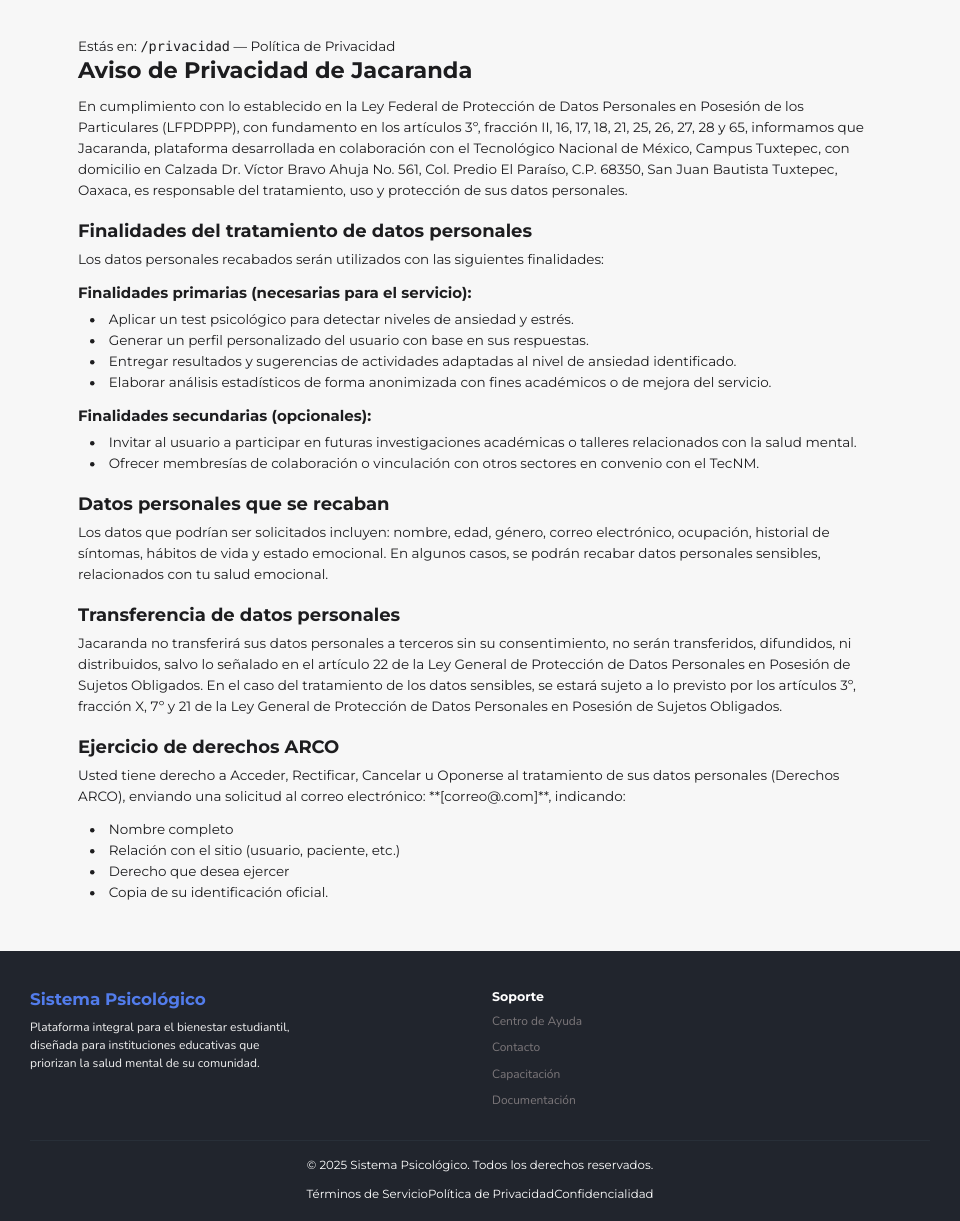
Repository: moon1710/SistemaPsico
Page: /privacidad (app in client/)
These files come from the project's save history. The page is drawn as it stood at one moment and after the next save; the edit follows.
The browser window is 1280 px wide. The pictures show the whole page, at 75% of full size.
The project was rebuilt for these pictures with package versions that can differ from the ones it lists, and the page was loaded fresh each time. Also part of the build but not shown: client/vite.config.js, client/src/components/onboarding/onboardingConfig.js, client/src/components/onboarding/TutorialSteps.jsx, client/src/components/onboarding/WelcomeForm.jsx, client/src/components/onboarding/OnboardingModal.jsx, client/src/components/layout/AdaptiveSidebar/sidebarConfig.jsx, client/src/components/layout/AdaptiveSidebar/MenuItem.jsx, client/src/components/layout/AdaptiveSidebar/SidebarHeader.jsx and 40 more.

Above is the page before, as saved 2025-09-21 09:03:00.

### client/index.html
<!doctype html>
<html lang="en">
  <head>
    <meta charset="UTF-8" />
    <link rel="icon" type="image/svg+xml" href="/idea.png" />
    <meta name="viewport" content="width=device-width, initial-scale=1.0" />
    <title>Sistema Psicológico</title>
  </head>
  <body>
    <div id="root"></div>
    <script type="module" src="/src/main.jsx"></script>
  </body>
</html>

### client/src/contexts/OnboardingContext.jsx
// client/src/contexts/OnboardingContext.jsx
import React, { createContext, useContext, useState, useEffect } from "react";
import { useAuth } from "./AuthContext";

const OnboardingContext = createContext();

export const useOnboarding = () => {
  const context = useContext(OnboardingContext);
  if (!context) {
    throw new Error("useOnboarding debe usarse dentro de OnboardingProvider");
  }
  return context;
};

export const OnboardingProvider = ({ children }) => {
  const { user, setUser } = useAuth();
  const [isFirstTime, setIsFirstTime] = useState(false);
  const [showOnboarding, setShowOnboarding] = useState(false);
  const [currentStep, setCurrentStep] = useState(0);
  const [onboardingCompleted, setOnboardingCompleted] = useState(false);

  // Clave para localStorage basada en el usuario
  const getStorageKey = () => {
    return user?.id ? `onboarding_completed_${user.id}` : null;
  };

  // Verificar si es primera vez del usuario
  useEffect(() => {
    if (user?.id) {
      // PRIORIDAD TOTAL al campo perfilCompletado de la BD
      const profileCompleted = user.perfilCompletado === 1 || user.perfilCompletado === true;

      console.log('🔍 [OnboardingContext] Verificando estado:', {
        userId: user.id,
        perfilCompletado: user.perfilCompletado,
        profileCompleted,
        shouldShowModal: !profileCompleted
      });

      if (!profileCompleted) {
        // Perfil NO completado -> mostrar modal
        setIsFirstTime(true);
        setShowOnboarding(true);
        setOnboardingCompleted(false);
        console.log('📝 [OnboardingContext] Mostrando modal de onboarding');
      } else {
        // Perfil completado -> no mostrar modal
        setIsFirstTime(false);
        setShowOnboarding(false);
        setOnboardingCompleted(true);
        console.log('✅ [OnboardingContext] Perfil ya completado, ocultando modal');
      }
    }
  }, [user?.id, user?.perfilCompletado]);

  // Refrescar datos del usuario desde el servidor
  const refreshUserProfile = async () => {
    try {
      const token = localStorage.getItem('auth_token');
      if (!token) return;

      const response = await fetch('/api/auth/profile', {
        method: 'GET',
        headers: {
          'Authorization': `Bearer ${token}`,
          'Content-Type': 'application/json',
        },
        credentials: 'include',
      });

      if (response.ok) {
        const result = await response.json();
        if (result.success && result.data?.user) {
          const freshUser = result.data.user;
          setUser(freshUser);
          console.log('🔄 [OnboardingContext] Usuario refrescado desde servidor:', freshUser);

          // También actualizar localStorage
          localStorage.setItem('user_data', JSON.stringify(freshUser));
          return freshUser;
        }
      }
    } catch (error) {
      console.error('❌ [OnboardingContext] Error refrescando usuario:', error);
    }
    return null;
  };

  // Marcar onboarding como completado
  const completeOnboarding = async () => {
    if (user?.id) {
      const storageKey = getStorageKey();
      localStorage.setItem(storageKey, "true");
      setOnboardingCompleted(true);
      setShowOnboarding(false);
      setIsFirstTime(false);

      // IMPORTANTE: Obtener datos frescos del servidor en lugar de solo actualizar localmente
      console.log('🔄 [OnboardingContext] Refrescando datos del usuario desde servidor...');
      const freshUser = await refreshUserProfile();

      if (freshUser) {
        console.log('✅ [OnboardingContext] Usuario actualizado con datos frescos');
      } else {
        // Fallback: actualizar localmente si falla la petición
        const updatedUser = {
          ...user,
          perfilCompletado: 1
        };
        setUser(updatedUser);
        console.log('⚠️ [OnboardingContext] Fallback: Usuario actualizado localmente');
      }
    }
  };

  // Reiniciar onboarding (para testing o reactivar)
  const resetOnboarding = () => {
    if (user?.id) {
      const storageKey = getStorageKey();
      localStorage.removeItem(storageKey);
      setOnboardingCompleted(false);
      setIsFirstTime(true);
      setShowOnboarding(true);
      setCurrentStep(0);
    }
  };

  // Navegar entre pasos
  const nextStep = () => {
    setCurrentStep((prev) => prev + 1);
  };

  const prevStep = () => {
    setCurrentStep((prev) => Math.max(0, prev - 1));
  };

  const goToStep = (step) => {
    setCurrentStep(step);
  };

  // Cerrar onboarding sin completar
  const closeOnboarding = () => {
    setShowOnboarding(false);
  };

  const value = {
    isFirstTime,
    showOnboarding,
    currentStep,
    onboardingCompleted,
    completeOnboarding,
    resetOnboarding,
    nextStep,
    prevStep,
    goToStep,
    closeOnboarding,
    user,
  };

  return (
    <OnboardingContext.Provider value={value}>
      {children}
    </OnboardingContext.Provider>
  );
};

### client/src/components/layout/PublicLayout.jsx
// components/layout/PublicLayout.jsx
import Footer from "./Footer";

export default function PublicLayout({ children }) {
  return (
    <div className="min-h-screen bg-[#f7f7f7] text-[#1d1d1f]">
      <main className="max-w-6xl mx-auto px-4 py-6">{children}</main>
      <Footer />
    </div>
  );
}

### client/src/pages/PrivacidadPage.jsx
// src/pages/PrivacidadPage.jsx
import { useLocation } from "react-router-dom";
export default function PrivacidadPage() {
  const { pathname } = useLocation();
  return (
    <div className="p-6 text-lg">
      Estás en: <code>{pathname}</code> — Política de Privacidad
      <h1 className="text-3xl font-bold mb-4">Aviso de Privacidad de Jacaranda</h1>

      <p className="mb-4">
        En cumplimiento con lo establecido en la Ley Federal de Protección de Datos Personales en Posesión de los Particulares (LFPDPPP), con fundamento en los artículos 3º, fracción II, 16, 17, 18, 21, 25, 26, 27, 28 y 65, informamos que Jacaranda, plataforma desarrollada en colaboración con el Tecnológico Nacional de México, Campus Tuxtepec, con domicilio en Calzada Dr. Víctor Bravo Ahuja No. 561, Col. Predio El Paraíso, C.P. 68350, San Juan Bautista Tuxtepec, Oaxaca, es responsable del tratamiento, uso y protección de sus datos personales.
      </p>

      <h2 className="text-2xl font-semibold mt-6 mb-2">Finalidades del tratamiento de datos personales</h2>
      <p className="mb-2">Los datos personales recabados serán utilizados con las siguientes finalidades:</p>

      <h3 className="text-xl font-semibold mt-4 mb-2">Finalidades primarias (necesarias para el servicio):</h3>
      <ul className="list-disc list-inside mb-4 ml-4">
        <li>Aplicar un test psicológico para detectar niveles de ansiedad y estrés.</li>
        <li>Generar un perfil personalizado del usuario con base en sus respuestas.</li>
        <li>Entregar resultados y sugerencias de actividades adaptadas al nivel de ansiedad identificado.</li>
        <li>Elaborar análisis estadísticos de forma anonimizada con fines académicos o de mejora del servicio.</li>
      </ul>

      <h3 className="text-xl font-semibold mt-4 mb-2">Finalidades secundarias (opcionales):</h3>
      <ul className="list-disc list-inside mb-4 ml-4">
        <li>Invitar al usuario a participar en futuras investigaciones académicas o talleres relacionados con la salud mental.</li>
        <li>Ofrecer membresías de colaboración o vinculación con otros sectores en convenio con el TecNM.</li>
      </ul>

      <h2 className="text-2xl font-semibold mt-6 mb-2">Datos personales que se recaban</h2>
      <p className="mb-4">
        Los datos que podrían ser solicitados incluyen: nombre, edad, género, correo electrónico, ocupación, historial de síntomas, hábitos de vida y estado emocional. En algunos casos, se podrán recabar datos personales sensibles, relacionados con tu salud emocional.
      </p>

      <h2 className="text-2xl font-semibold mt-6 mb-2">Transferencia de datos personales</h2>
      <p className="mb-4">
        Jacaranda no transferirá sus datos personales a terceros sin su consentimiento, no serán transferidos, difundidos, ni distribuidos, salvo lo señalado en el artículo 22 de la Ley General de Protección de Datos Personales en Posesión de Sujetos Obligados.
        En el caso del tratamiento de los datos sensibles, se estará sujeto a lo previsto por los artículos 3º, fracción X, 7º y 21 de la Ley General de Protección de Datos Personales en Posesión de Sujetos Obligados.
      </p>

      <h2 className="text-2xl font-semibold mt-6 mb-2">Ejercicio de derechos ARCO</h2>
      <p className="mb-4">
        Usted tiene derecho a Acceder, Rectificar, Cancelar u Oponerse al tratamiento de sus datos personales (Derechos ARCO), enviando una solicitud al correo electrónico: **[correo@.com]**, indicando:
      </p>
      <ul className="list-disc list-inside mb-4 ml-4">
        <li>Nombre completo</li>
        <li>Relación con el sitio (usuario, paciente, etc.)</li>
        <li>Derecho que desea ejercer</li>
        <li>Copia de su identificación oficial.</li>
      </ul>
    </div>
  );
}

### client/src/components/layout/Footer.jsx
import { Link } from "react-router-dom";
import { ROUTES } from "../../utils/constants";

export default function Footer() {
  return (
    <footer className="footer">
      <div className="footer-inner">
        <div className="footer-main">
          <div>
            <h3 className="footer-title">Sistema Psicológico</h3>
            <p className="footer-desc">
              Plataforma integral para el bienestar estudiantil, diseñada para
              instituciones educativas que priorizan la salud mental de su
              comunidad.
            </p>
          </div>

          <div>
            <h4
              className="footer-title"
              style={{ color: "#fff", fontWeight: 600, fontSize: "1.05rem" }}
            >
              Soporte
            </h4>
            <ul className="footer-links">
              <li>
                <Link to={ROUTES.HELP}>Centro de Ayuda</Link>
              </li>
              <li>
                <Link to={ROUTES.ABOUTUS}>Contacto</Link>
              </li>
              <li>
                <Link to={ROUTES.DOCUMENTACION}>Capacitación</Link>
              </li>
              <li>
                <Link to={ROUTES.DOCUMENTACION}>Documentación</Link>
              </li>
            </ul>
          </div>
        </div>

        <div className="footer-bottom">
          <p>
            © {new Date().getFullYear()} Sistema Psicológico. Todos los derechos
            reservados.
          </p>
          <div className="footer-bottom-links">
            <Link to={ROUTES.TERMINOS}>Términos de Servicio</Link>
            <Link to={ROUTES.PRIVACIDAD}>Política de Privacidad</Link>
            <Link to={ROUTES.CONFINDENCIALIDAD}>Confidencialidad</Link>
          </div>
        </div>
      </div>
    </footer>
  );
}

Loaded but not shown: client/src/main.jsx (common file); client/src/App.css (common file); client/src/utils/constants.js (213 lines, source omitted); client/src/services/authService.js (219 lines, source omitted); client/src/utils/roles.js (38 lines, source omitted); client/src/index.css (441 lines, source omitted); client/src/contexts/AuthContext.jsx (292 lines, source omitted); client/src/App.jsx (271 lines, source omitted)

After the next save:
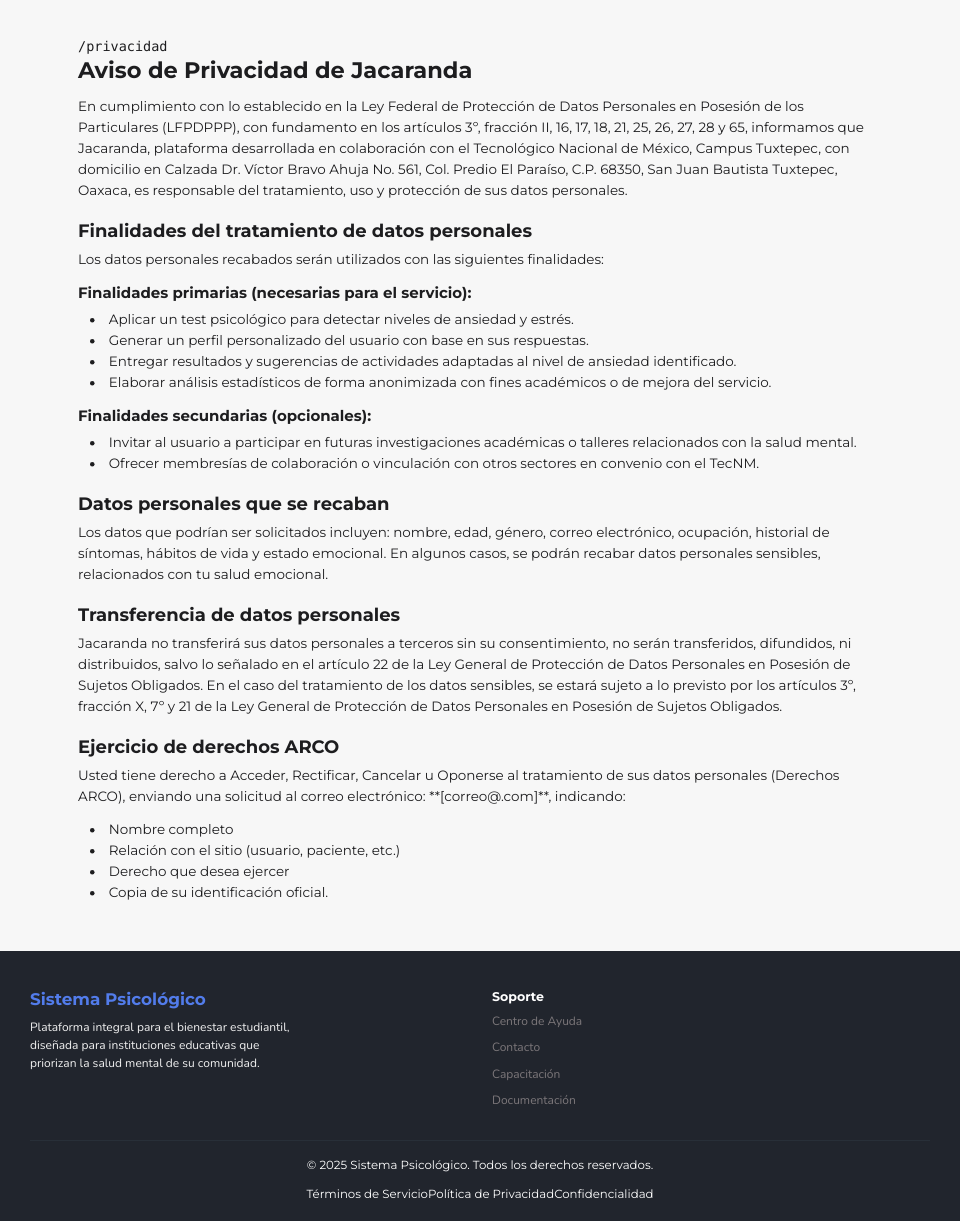
Saved 101 min 41 s later.
--- a/client/src/pages/PrivacidadPage.jsx
+++ b/client/src/pages/PrivacidadPage.jsx
@@ -4,7 +4,7 @@
   const { pathname } = useLocation();
   return (
     <div className="p-6 text-lg">
-      Estás en: <code>{pathname}</code> — Política de Privacidad
+      <code>{pathname}</code>
       <h1 className="text-3xl font-bold mb-4">Aviso de Privacidad de Jacaranda</h1>
 
       <p className="mb-4">

After the save that followed:
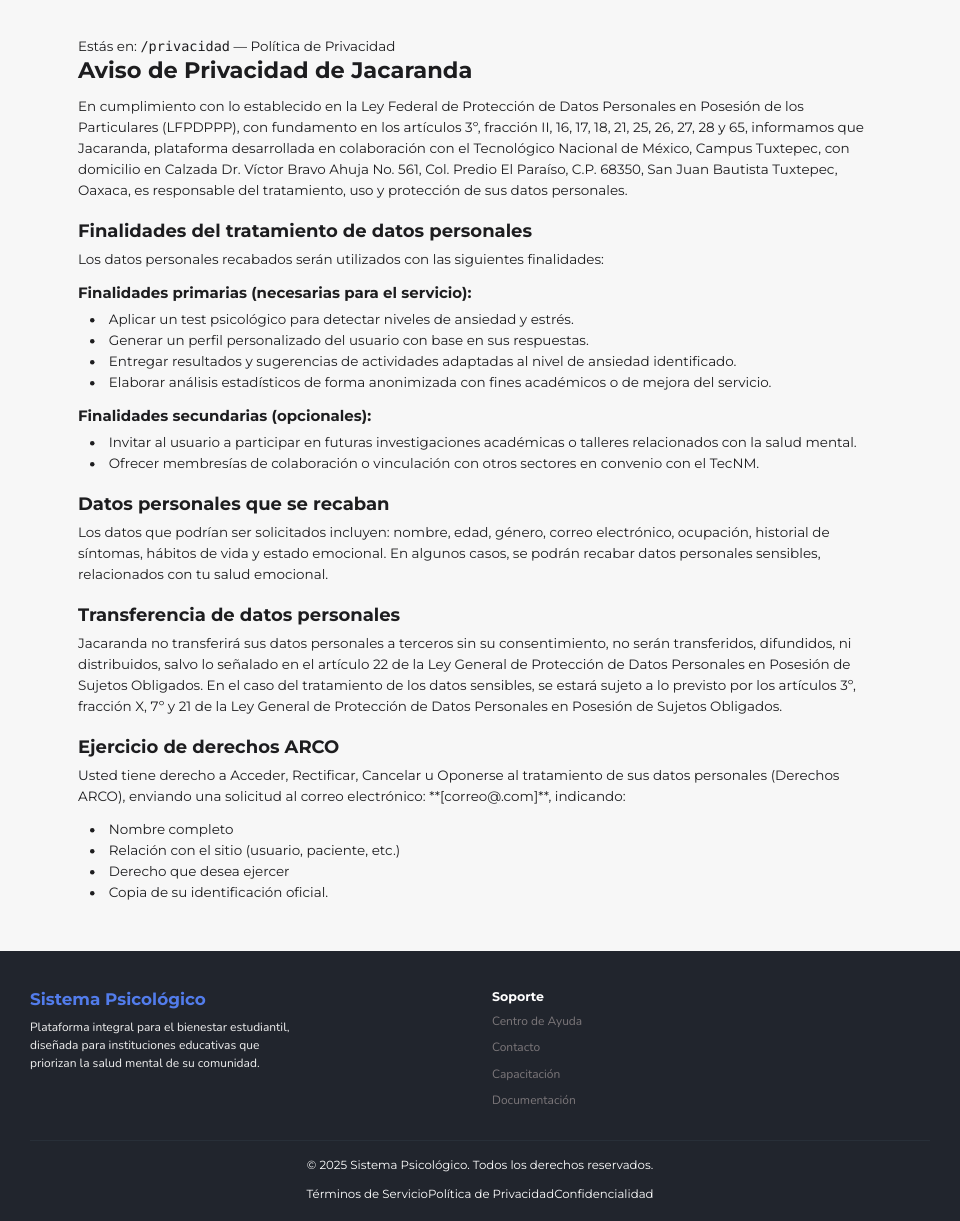
Saved 21 s later.
--- a/client/src/pages/PrivacidadPage.jsx
+++ b/client/src/pages/PrivacidadPage.jsx
@@ -4,7 +4,7 @@
   const { pathname } = useLocation();
   return (
     <div className="p-6 text-lg">
-      <code>{pathname}</code>
+      Estás en: <code>{pathname}</code> — Política de Privacidad
       <h1 className="text-3xl font-bold mb-4">Aviso de Privacidad de Jacaranda</h1>
 
       <p className="mb-4">
